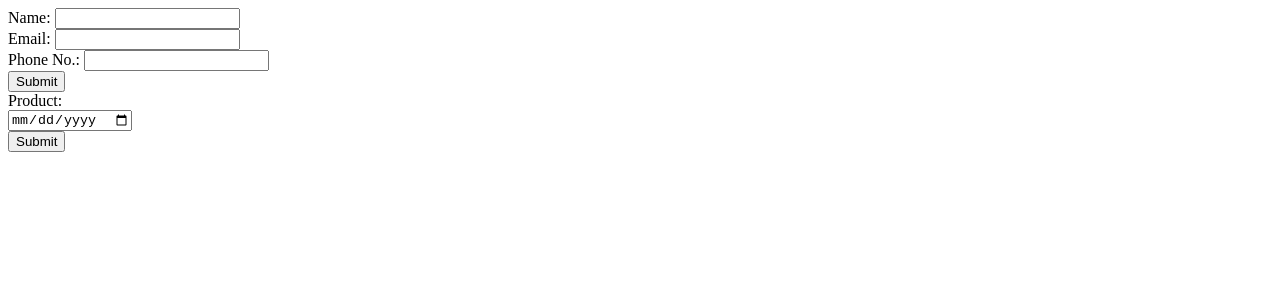
Repository: kua23/springboot
Page: amazon/amazon/src/main/resources/static/index.html
An editor plug-in stored every save of this project. The page is shown before and after the next save, followed by the edit.
The browser window is 1280 px wide. The pictures show the whole page.

Above is the page before, as saved 2025-04-14 00:50:40.

### amazon/amazon/src/main/resources/static/index.html
<!DOCTYPE html>
<html>
<head>
<meta charset="UTF-8">
<title>Amazon.com</title>
</head>
<body>
<form action="/customers" method = "POST">
	<label for="message"> Name: </label>
	<input type="text" id="name" name="name"><br>
	<label for="message"> Email: </label>
	<input type="email" id="email" name="email"><br>
	<label for="message"> Phone No.: </label>
	<input type="number" id="phoneNumber" name="phoneNumber"><br>
	<button type="submit">Submit</button>
</form>

<form action="/orders" method = "POST">
	<label for="message">Product:</label><br>
	<input type="date" id="product" name="product"><br>
	<button type = "submit">Submit</button>
</form>
</body>
</html>

After the next save:
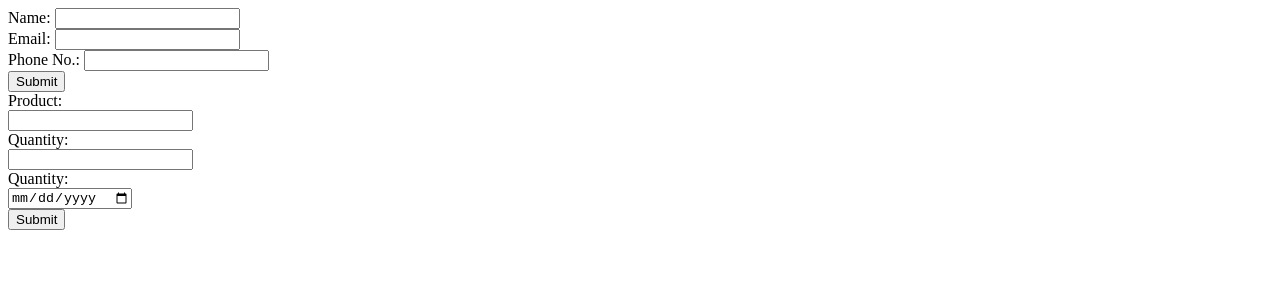
Saved 2 min 2 s later.
--- a/amazon/amazon/src/main/resources/static/index.html
+++ b/amazon/amazon/src/main/resources/static/index.html
@@ -17,6 +17,10 @@
 
 <form action="/orders" method = "POST">
 	<label for="message">Product:</label><br>
+	<input type="text" id="product" name="product"><br>
+	<label for="message">Quantity:</label><br>
+	<input type="number" id="quantity" name="quantity"><br>
+	<label for="message">Quantity:</label><br>
 	<input type="date" id="product" name="product"><br>
 	<button type = "submit">Submit</button>
 </form>
